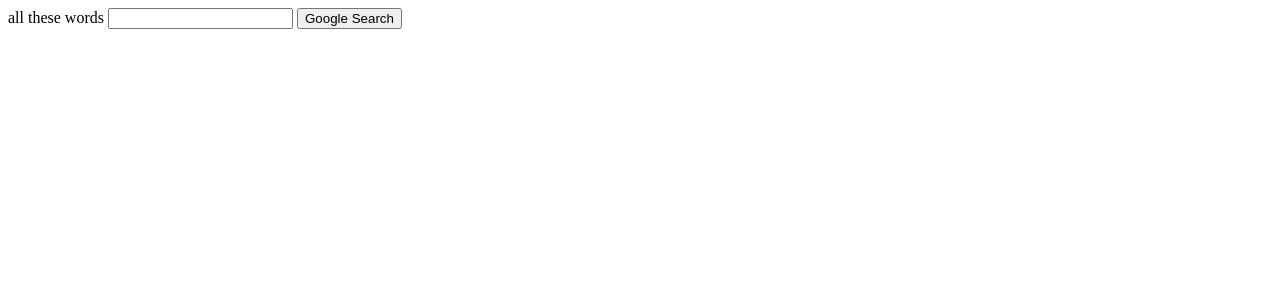
Repository: etentuk/search
Page: advanced_search.html
An editor plug-in stored every save of this project. The page is shown before and after the next save, followed by the edit.
The browser window is 1280 px wide. The pictures show the whole page.

Above is the page before, as saved 2021-11-03 22:19:22.

### advanced_search.html
<!DOCTYPE html>
<html lang="en">
    <head>
        <title>Search</title>
    </head>
    <body>
        <form action="https://images.google.com/images">
            <label>all these words </label>
            <input type="text" name="q">
            <input type="submit" value="Google Search">
        </form>
    </body>
</html>

After the next save:
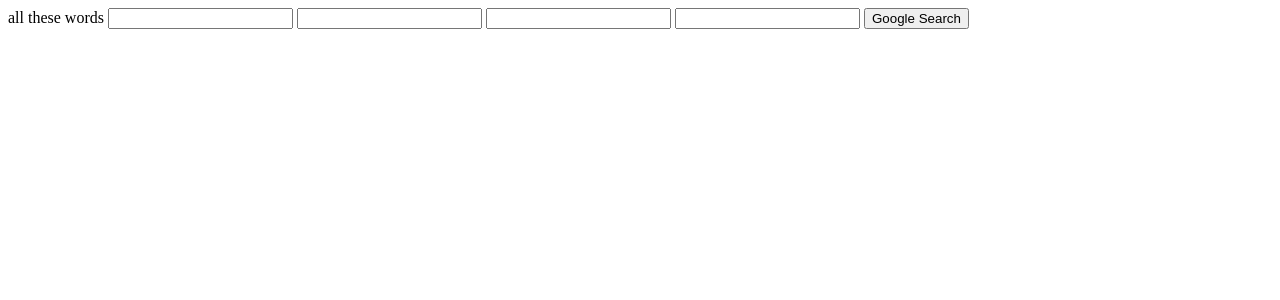
Saved 20 min 9 s later.
--- a/advanced_search.html
+++ b/advanced_search.html
@@ -7,6 +7,9 @@
         <form action="https://images.google.com/images">
             <label>all these words </label>
             <input type="text" name="q">
+            <input type="text" name="q">
+            <input type="text" name="q">
+            <input type="text" name="q">
             <input type="submit" value="Google Search">
         </form>
     </body>
